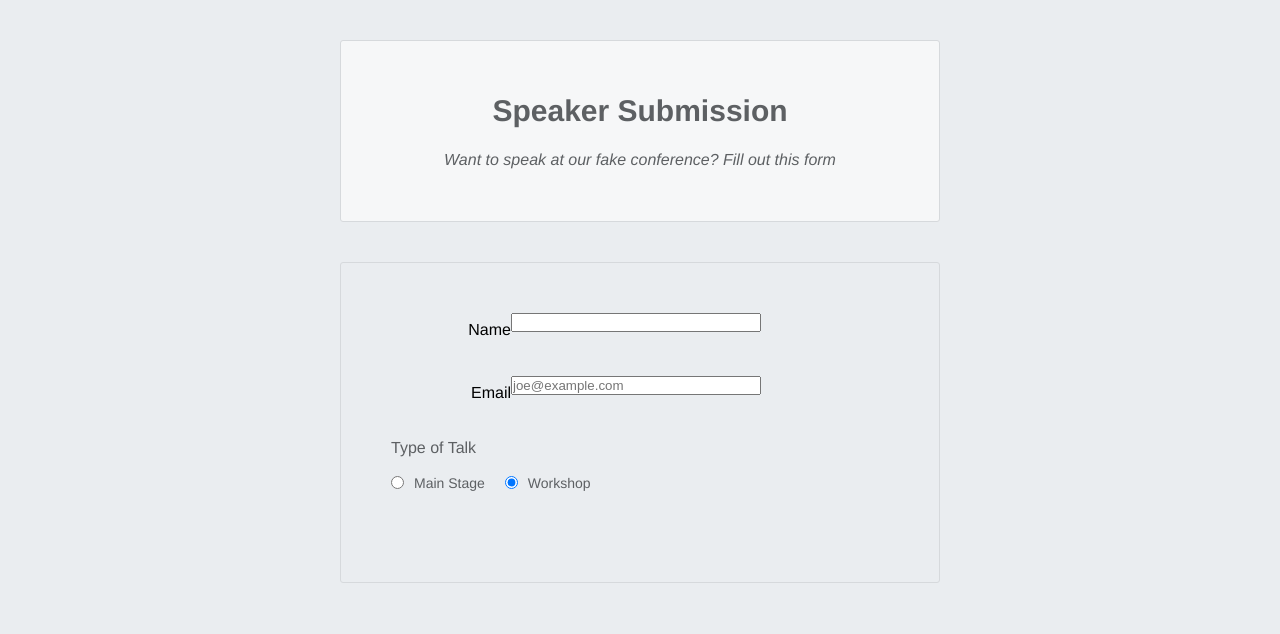
Repository: randomUser134923/pet-projects
Page: CSS_practice/7_forms/index.html
The author's editor kept a record of every edit. The page is drawn from the files as they stood at one moment, then again after the next edit.
The browser window is 1280 px wide. The pictures show the whole page.

Above is the page before.

After the next edit:
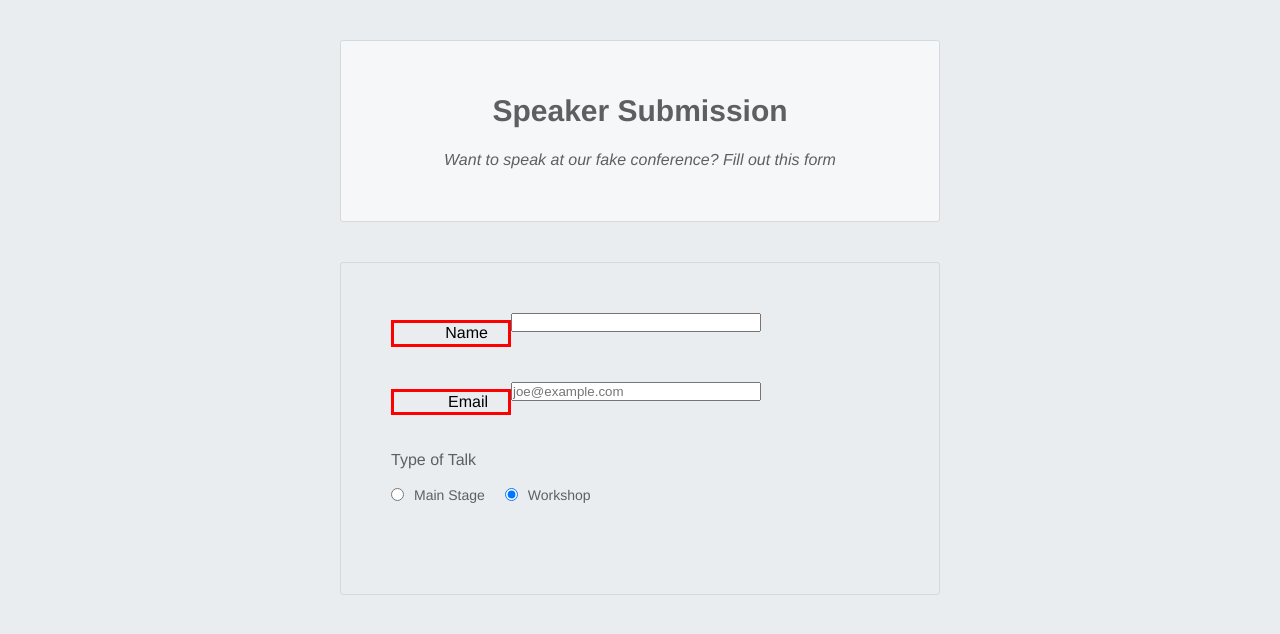
The edit:
--- a/CSS_practice/7_forms/style.css
+++ b/CSS_practice/7_forms/style.css
@@ -121,8 +121,9 @@
         text-align: right;
         width: 120px;
         color: black;
-        margin-right: 0px;
         margin-top: 7px;
+        padding-right: 20px;
+        border: 3px solid red;
     }
 
 
